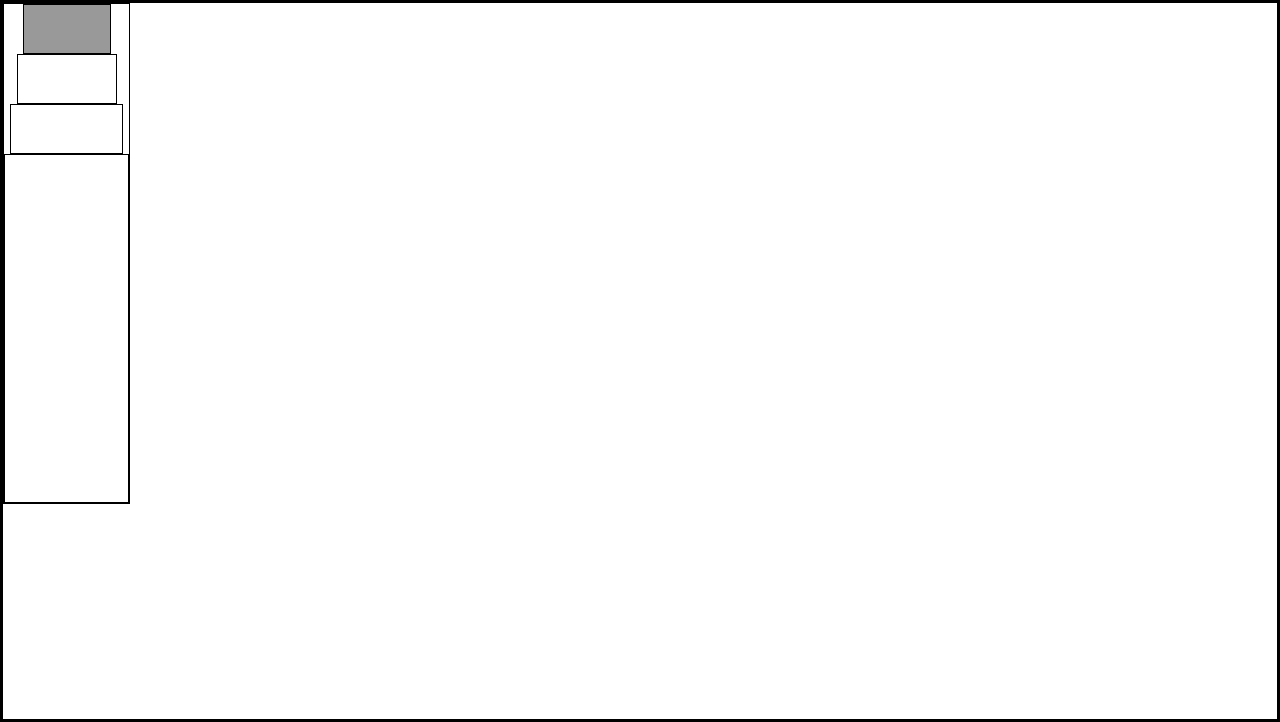
Repository: Lungdjos/city_skyline
Page: index.html
These files come from the project's save history. The page is drawn as it stood at one moment and after a run of saves; the edit follows.
The browser window is 1280 px wide. The pictures show the whole page.

Above is the page before, as saved 2023-12-11 09:30:38.

### index.html
<!DOCTYPE html>
<html lang="en">

<head>
    <meta charset="UTF-8">
    <meta name="viewport" content="width=device-width, initial-scale=1.0">
    <title>City Skyline</title>
    <link href="styles.css" rel="stylesheet" />
</head>

<body>
    <div class="background-buildings">
        <div class="bb1">
            <div class="bb1a"></div>
            <div class="bb1b"></div>
            <div class="bb1c"></div>
            <div class="bb1d"></div>
        </div>
    </div>
</body>

</html>

### styles.css
* {
    border: 1px solid black;
    box-sizing: border-box;
}

body {
    height: 100vh;
    margin: 0;
    overflow: hidden;
}

.background-buildings {
    width: 100%;
    height: 100%;
}

.bb1 {
    width: 10%;
    height: 70%;
    display: flex;
    flex-direction: column;
    align-items: center;
    --building-color1: #999;
}

.bb1a {
    width: 70%;
    height: 10%;
    background-color: var(--building-color1);
}

.bb1b {
    width: 80%;
    height: 10%;
    background-color: v
}

.bb1c {
    width: 90%;
    height: 10%;
}

.bb1d {
    width: 100%;
    height: 70%;
}

After the next 6 saves:
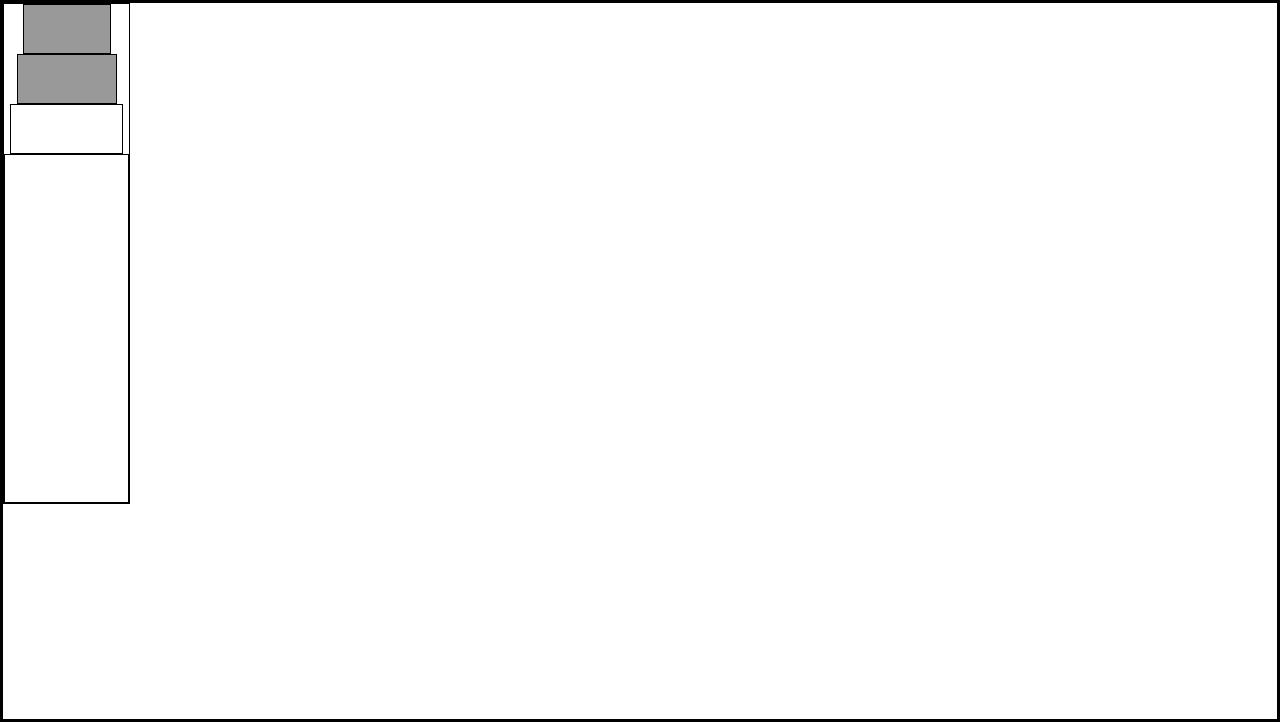
The 6 saves are shown as one change because they came seconds apart.
The last was saved 15 s later.
--- a/styles.css
+++ b/styles.css
@@ -32,7 +32,7 @@ body {
 .bb1b {
     width: 80%;
     height: 10%;
-    background-color: v
+    background-color: var(--building-color1);
 }
 
 .bb1c {
